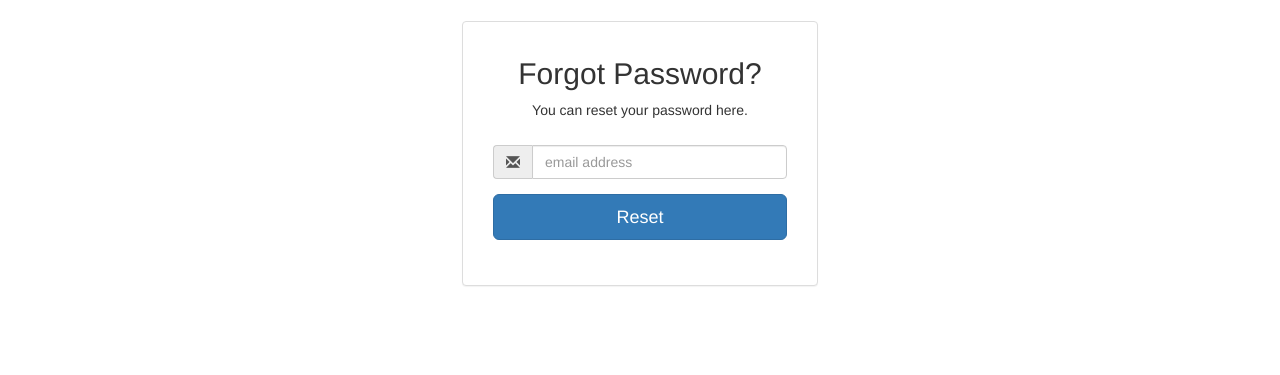
Repository: jayakumar721/projects
Page: TestEngine/WebContent/forgotpassword.html
These files come from the project's save history. The page is drawn as it stood at one moment and after the next save; the edit follows.
The browser window is 1280 px wide. The pictures show the whole page.
Some web libraries are served in a nearby version.

Above is the page before, as saved 2017-11-28 13:16:08.

### TestEngine/WebContent/forgotpassword.html
<!DOCTYPE html>
<html>
<head>
<meta charset="UTF-8">
<title>forgotpassword</title>
<link rel="shortcut icon" type="image/gif" href="/home/vamsoft/Desktop/favicon_a0ef8e10e65c71ecbf9bc4a39bd8f741/animated_favicon.gif"/>
<link rel="stylesheet"
	href="https://maxcdn.bootstrapcdn.com/bootstrap/3.3.7/css/bootstrap.min.css">

<!-- jQuery library -->
<script
	src="https://ajax.googleapis.com/ajax/libs/jquery/3.2.1/jquery.min.js"></script>
<script src="vendor/jquery-validation/dist/jquery.validate.min.js"></script>

<!-- Latest compiled JavaScript -->
<script
	src="https://maxcdn.bootstrapcdn.com/bootstrap/3.3.7/js/bootstrap.min.js"></script>
<style type="text/css">
.container {
	padding: 20px;
	border-radius: 10px;
	position: absolute;
	border: 1px solid #fff;
	margin: auto;
	top: 0;
	right: 0;
	bottom: 0;
	left: 0;
}
.form-gap {
    padding-top: 70px;
}
</style>

</head>
<body>
	<div class="form-gap"></div>
	<div class="container">
		<div class="row">
			<div class="col-md-4 col-md-offset-4">
				<div class="panel panel-default">
					<div class="panel-body">
						<div class="text-center">
							<h3>
								<i class="fa fa-lock fa-4x"></i>
							</h3>
							<h2 class="text-center">Forgot Password?</h2>
							<p>You can reset your password here.</p>
							<div class="panel-body">

								<form id="register-form" role="form" autocomplete="off" action="UserValidateServlet"
									class="form" method="post">

									<div class="form-group">
										<div class="input-group">
											<span class="input-group-addon"><i
												class="glyphicon glyphicon-envelope color-blue"></i></span> <input
												id="email" name="email" placeholder="email address"
												class="form-control" type="email">
										</div>
									</div>
									<div class="form-group">
										<input name="recover-submit"
											class="btn btn-lg btn-primary btn-block"
											value="Reset" type="submit">
									</div>

									<input type="hidden" class="hide" name="option" id="token"
										value="forgot">
								</form>

							</div>
						</div>
					</div>
				</div>
			</div>
		</div>
	</div>
</body>
</html>

After the next save:
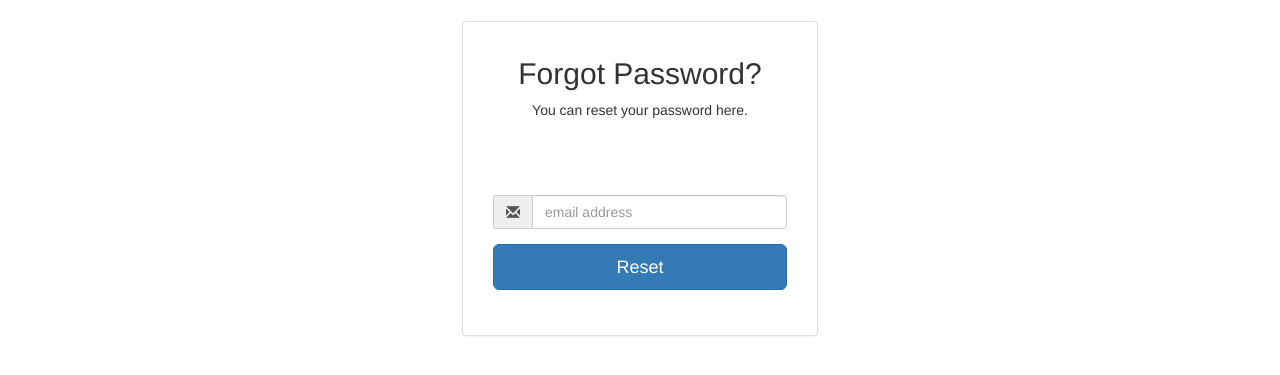
Saved 35 s later.
--- a/TestEngine/WebContent/forgotpassword.html
+++ b/TestEngine/WebContent/forgotpassword.html
@@ -29,6 +29,9 @@
 }
 .form-gap {
     padding-top: 70px;
+}
+.form{
+margin-top:50px;
 }
 </style>
 

After the save that followed:
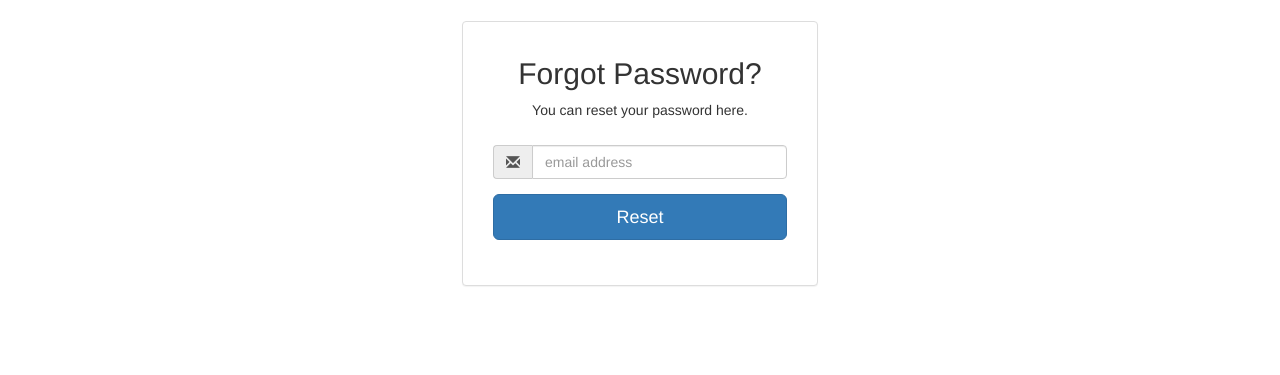
Saved 40 s later.
--- a/TestEngine/WebContent/forgotpassword.html
+++ b/TestEngine/WebContent/forgotpassword.html
@@ -30,9 +30,7 @@
 .form-gap {
     padding-top: 70px;
 }
-.form{
-margin-top:50px;
-}
+
 </style>
 
 </head>
